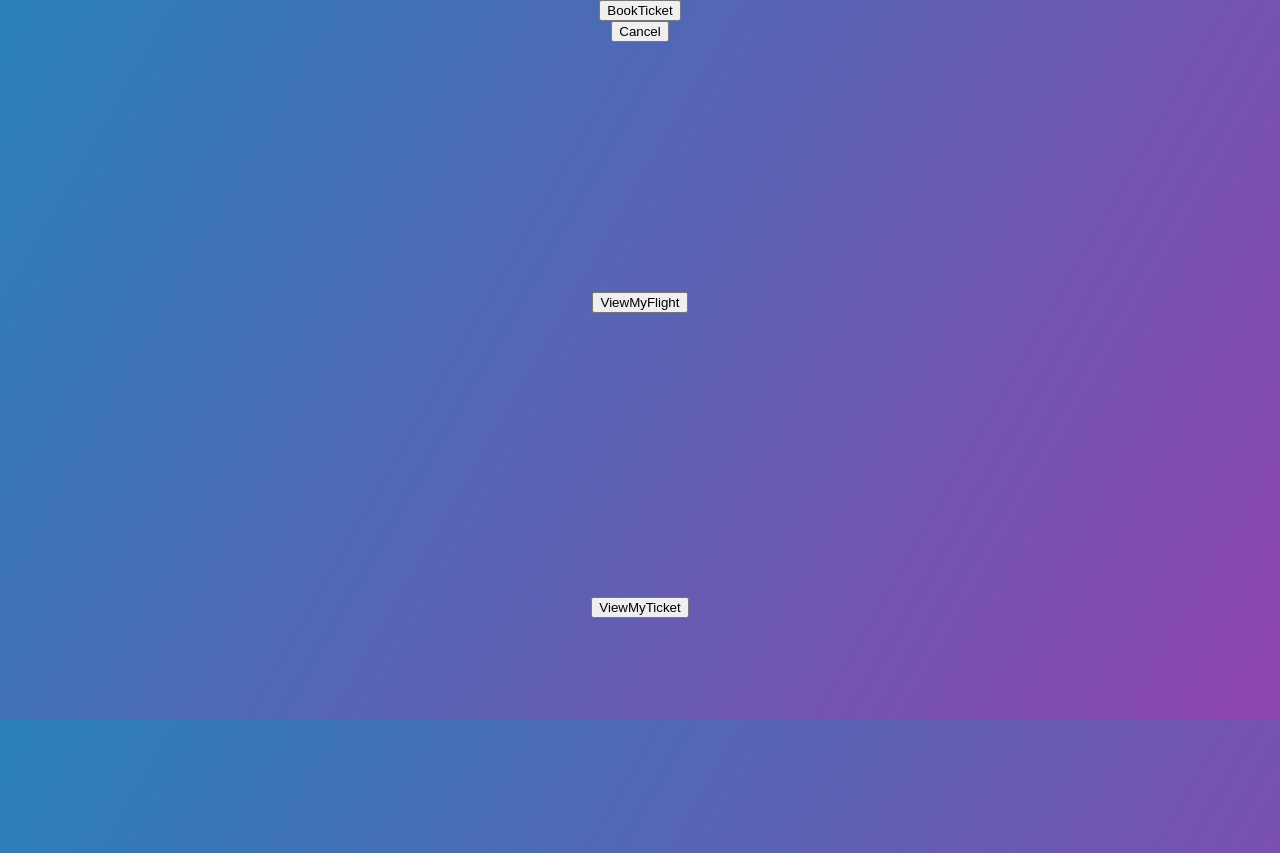
Repository: kalpesh3070/backend2
Page: flyaway/src/main/webapp/main.html
An editor plug-in stored every save of this project. The page is shown before and after the next save, followed by the edit.
The browser window is 1280 px wide. The pictures show the whole page.

Above is the page before, as saved 2022-11-14 16:19:17.

### flyaway/src/main/webapp/main.html
<!DOCTYPE html>
<html>
<head>
<meta charset="ISO-8859-1">
<link rel="stylesheet" href="main.css">
<title>HOME</title>
</head>
<center>
<div class="body">
<body>
<div class="book">
<a href="http://localhost:8080/flyaway/Ticket_booking.html"><button>BookTicket</button></a>
</div>
<div class="cancel">
<a href="http://localhost:8080/flyaway/Delet.html"><button>Cancel</button></a>
</div>
<div class="view">
<a href="http://localhost:8080/flyaway/Home.html"> <button>ViewMyFlight</button></a>
</div>
<div class="ticket">
<a href="http://localhost:8080/flyaway/My_Ticket.html"><button>ViewMyTicket</button></a>
</div>
</div>
</center>
</body>
</html>

### flyaway/src/main/webapp/main.css
@charset "ISO-8859-1";
body{
margin: 0;
padding: 0;
font-family: montserrat;
background: linear-gradient(120deg,#2980b9,#8e44ad);
height: 100vh;
overflow:hidden;
}

.ticket{
	width : 250px;
	height:250px;
	margin:250px auto;
	size: 500px;
	font-size:2em;
	padding:20px 40px;
}
.view{
	width : 100%;
	margin:250px auto;
	size: 500px;
}

After the next save:
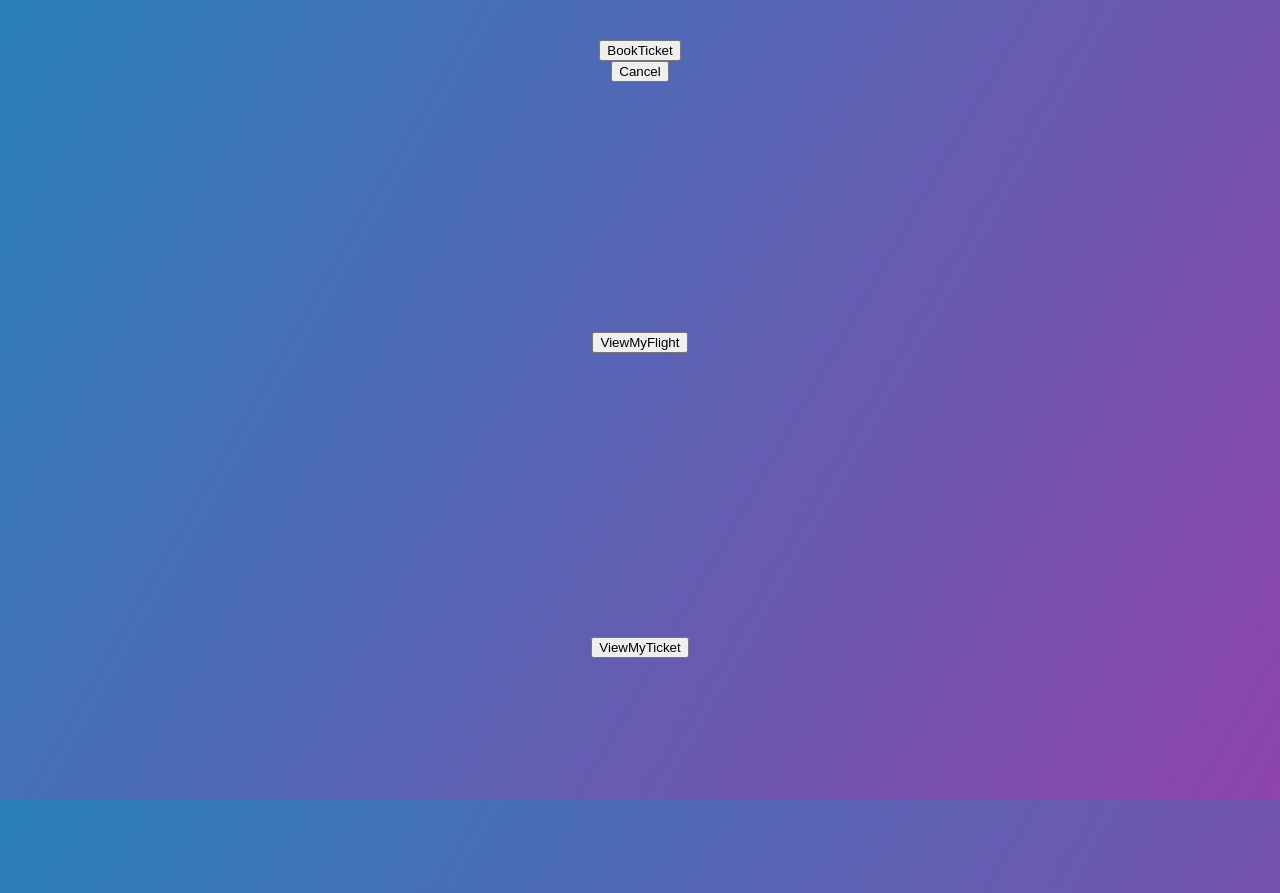
Saved 19 s later.
--- a/flyaway/src/main/webapp/main.css
+++ b/flyaway/src/main/webapp/main.css
@@ -1,7 +1,7 @@
 @charset "ISO-8859-1";
 body{
-margin: 0;
-padding: 0;
+margin: 20px;
+padding: 20px;
 font-family: montserrat;
 background: linear-gradient(120deg,#2980b9,#8e44ad);
 height: 100vh;
